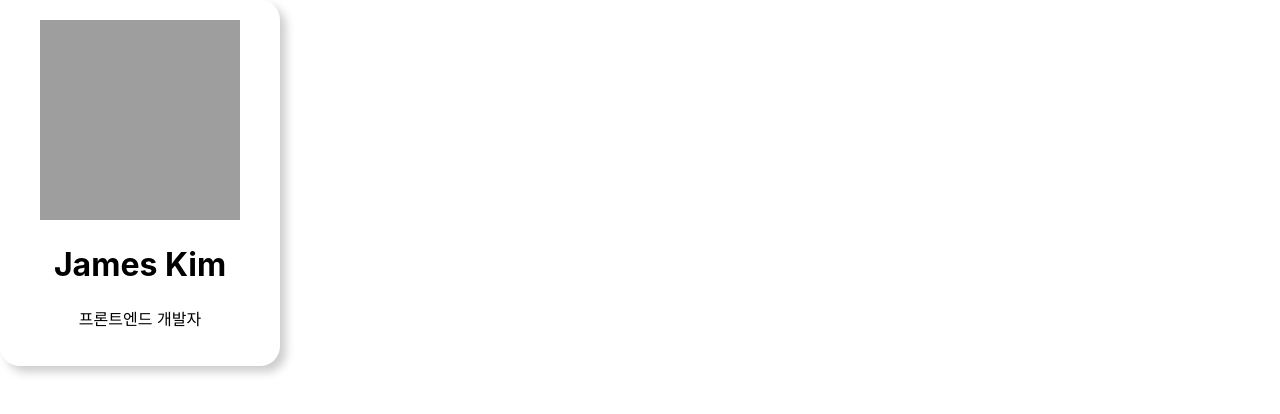
Repository: dnjfht/css-example
Page: /
These files come from the project's save history. The page is drawn as it stood at one moment and after the next save; the edit follows.
The browser window is 1280 px wide. The pictures show the whole page.
Pictures or frames that could not be fetched are drawn as grey boxes. The project was rebuilt for these pictures with package versions that can differ from the ones it lists, and the page was loaded fresh each time. Also part of the build but not shown: src/App.css.

Above is the page before, as saved 2023-05-09 09:07:04.

### src/App.js
import "./App.css";
import Profile from "./components/Profile";

function App() {
  const name = "승민";
  const list = ["우유", "딸기", "바나나"];

  return (
    <>
      <Profile />
    </>
  );
}

export default App;

### src/components/Profile.jsx
import React from "react";

export default function Profile() {
  return (
    <div
      style={{
        width: 240,
        padding: 20,
        textAlign: "center",
        borderRadius: 20,
        boxShadow: "6px 6px 10px rgba(0,0,0,0.2)",
      }}
    >
      <img
        style={{ width: 200, height: 200, objectFit: "cover" }}
        src="https://images.unsplash.com/photo-1618641986557-1ecd230959aa?ixlib=rb-4.0.3&ixid=MnwxMjA3fDB8MHxwaG90by1wYWdlfHx8fGVufDB8fHx8&auto=format&fit=crop&w=687&q=80"
        alt="profileImg"
      />
      <h1>James Kim</h1>
      <p>프론트엔드 개발자</p>
    </div>
  );
}

Loaded but not shown: public/index.html (common file); src/index.js (common file); src/index.css (common file); src/reportWebVitals.js (common file)

After the next save:
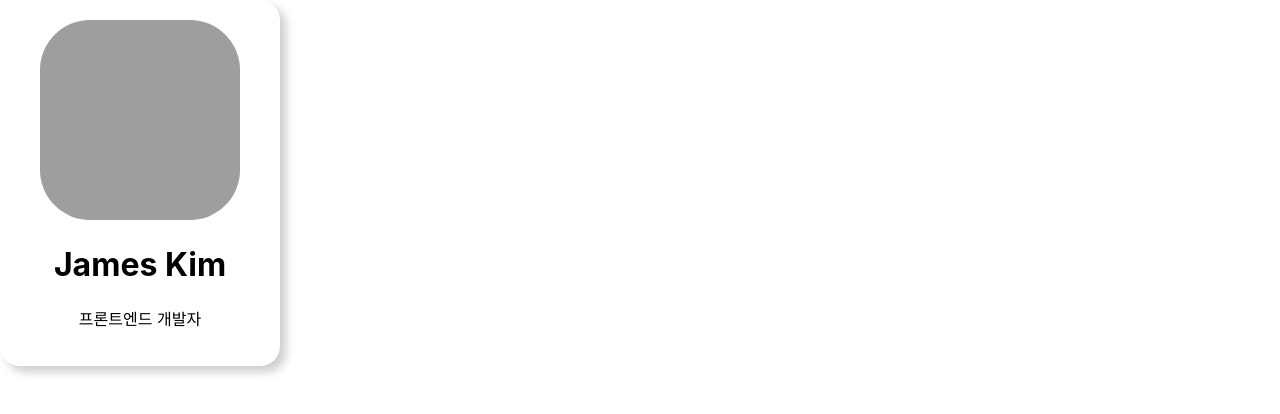
Saved 13 s later.
--- a/src/components/Profile.jsx
+++ b/src/components/Profile.jsx
@@ -12,7 +12,12 @@ export default function Profile() {
       }}
     >
       <img
-        style={{ width: 200, height: 200, objectFit: "cover" }}
+        style={{
+          width: 200,
+          height: 200,
+          objectFit: "cover",
+          borderRadius: 50,
+        }}
         src="https://images.unsplash.com/photo-1618641986557-1ecd230959aa?ixlib=rb-4.0.3&ixid=MnwxMjA3fDB8MHxwaG90by1wYWdlfHx8fGVufDB8fHx8&auto=format&fit=crop&w=687&q=80"
         alt="profileImg"
       />
